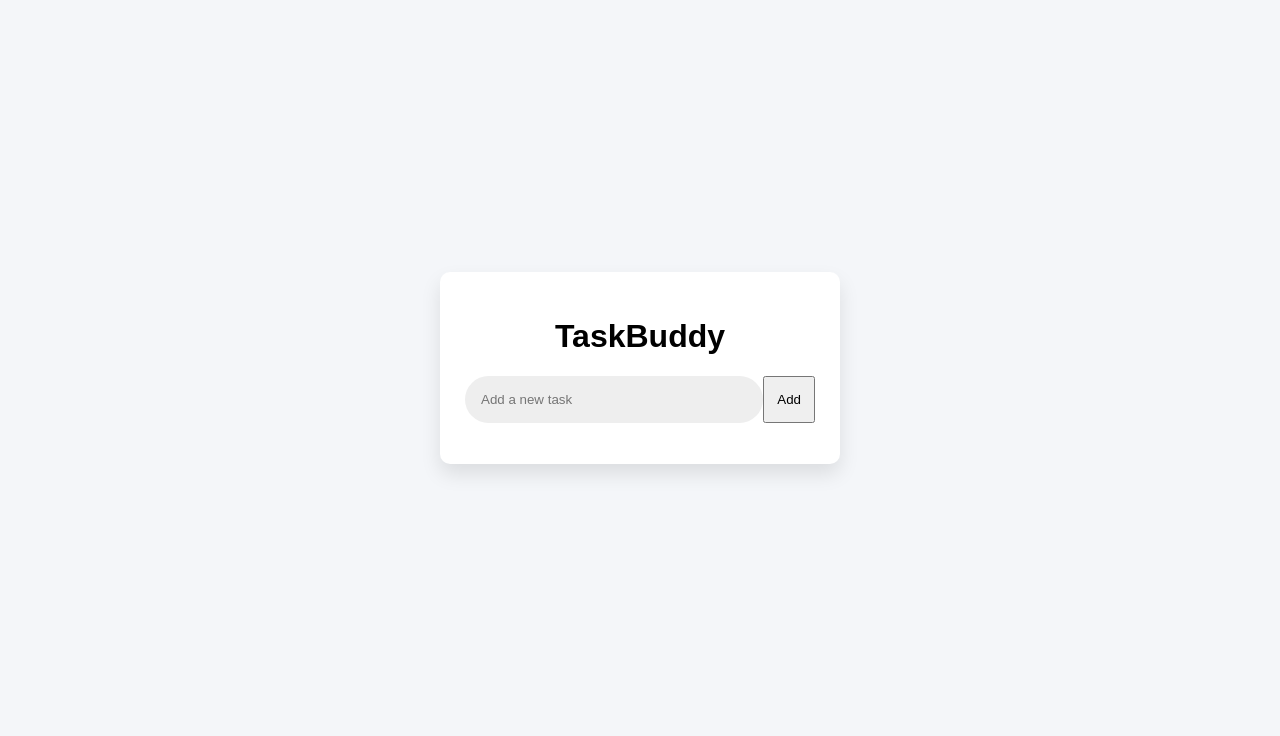
Repository: yogeshnandwani/taskbuddy-todo
Page: index.html
The author's editor kept a copy of each file at every save. The page is drawn from the files as they stood at one save, then again after the next save.
The browser window is 1280 px wide. The pictures show the whole page.

Above is the page before, as saved 2026-03-16 17:28:31.

### index.html
<!DOCTYPE html>
<html lang="en">
<head>
<meta charset="UTF-8">
<title>TaskBuddy</title>
<link rel="stylesheet" href="css/style.css">
</head>

<body>

<div class="app">

<h1>TaskBuddy</h1>

<div class="task-input">
<input type="text" id="taskInput" placeholder="Add a new task">
<button id="addBtn">Add</button>
</div>

<ul id="taskList"></ul>

</div>

<script src="js/script.js"></script>

</body>
</html>

### css/style.css
body{
    font-family: Arial, sans-serif;
    background:#f4f6f9;
    display:flex;
    justify-content:center;
    align-items:center;
    height:100vh;
}

.app{
    background:white;
    padding:25px;
    border-radius:10px;
    width:350px;
    box-shadow:0 10px 20px rgba(0,0,0,0.1);
}

h1{
    text-align:center;
}

.task-input{
    display:flex;
}

input{
    flex:1;
    padding:8px;
    border: none;
    border-radius: 50px;
    padding: 1rem;
    background-color: #eee;
}

button{
    padding:8px 12px;
    cursor:pointer;
}

li{
    background:#eee;
    margin-top:10px;
    padding:10px;
    display:flex;
    justify-content:space-between;
}

Loaded but not shown: js/script.js (no copy from this time; the picture is the same without it)

After the next save:
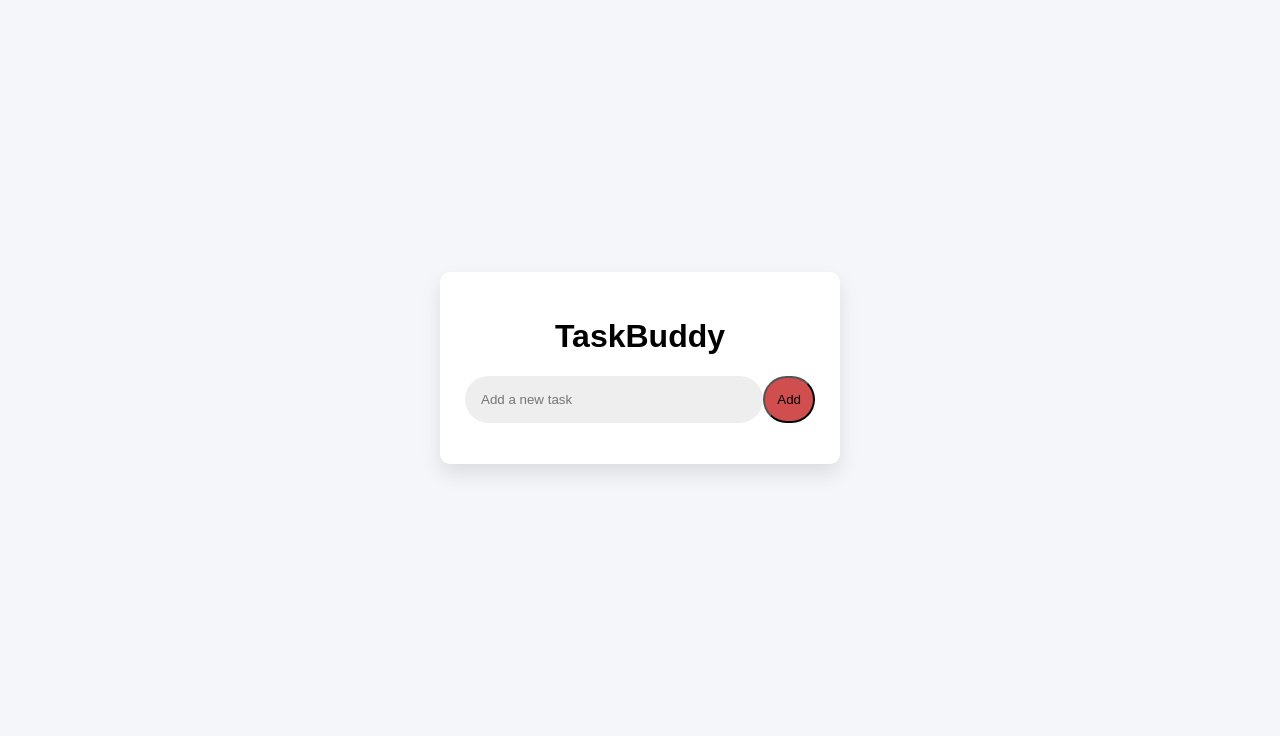
Saved 40 s later.
--- a/css/style.css
+++ b/css/style.css
@@ -34,6 +34,8 @@ input{
 
 button{
     padding:8px 12px;
+    border-radius: 50px;
+    background-color: #d04e4e;
     cursor:pointer;
 }
 
